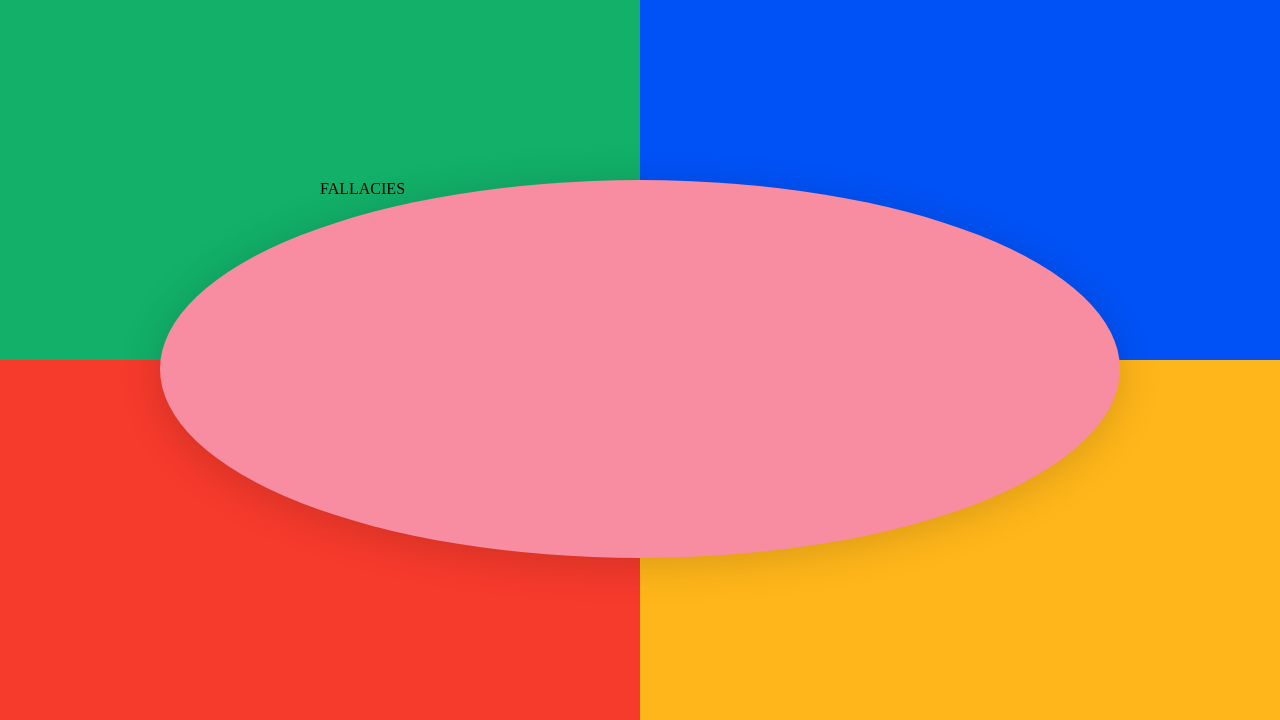
Repository: yafugray/fallacies
Page: project/Midterm project/index.html
These files come from the project's save history. The page is drawn as it stood at one moment and after the next save; the edit follows.
The browser window is 1280 px wide. The pictures show the whole page.

Above is the page before, as saved 2020-03-12 14:51:33.

### project/Midterm project/index.html
<!DOCTYPE html>
<html lang="en">
<head>
    <meta charset="UTF-8">
    <meta name="viewport" content="width=device-width, initial-scale=1.0">
    <title>Fallacies</title>
    <link href="app.css" rel="stylesheet">
</head>
<body>
    <div id="Mainpage">
        <div id="rec1"></div>
        <div id="rec2"></div>
        <div id="rec3"></div>
        <div id="rec4"></div>
        <div id="group1">
            <svg class="ellipse">
                <ellipse fill="rgba(248,140,160,1)" id="Ellipse_8" rx="75%" ry="75%" cx="50%" cy="75%">
                </ellipse>
            </svg>
            <div id="fallacies">
                <span>FALLACIES</span>
            </div>
        </div>
    </div>
</body>
</html>

### project/Midterm project/app.css
* {
    margin: 0;
    padding: 0;
    box-sizing: border-box;
    border: none;
}

#Mainpage {
    position: absolute;
    width: 100vw;
    height: 100vh;
    background-color: azure;
    overflow: hidden;
}
@keyframes fadein {

    0% {
        opacity: 0;
    }
    100% {
        opacity: 1;
    }

}

#rec1 {
	position: absolute;
	overflow: visible;
	width: 50vw;
	height: 50vh;
	left: 0px;
    top: 0px;
    background-color: rgba(18,176,105,1);
}
#rec4 {
	position: absolute;
	overflow: visible;
	width: 50vw;
	height: 50vh;
	left: 0px;
    bottom: 0px;
    background-color: rgba(246,58,44,1);
}
#rec2 {
	position: absolute;
	overflow: visible;
	width: 50vw;
	height: 50vh;
	right: 0px;
    top: 0px;
    background-color: rgba(0,82,247,1);
}
#rec3 {
	position: absolute;
	overflow: visible;
	width: 50vw;
	height: 50vh;
	right: 0px;
    bottom: 0px;
    background-color: rgba(255,182,26,1);
}

#group1 {
    position: absolute;
	width: 70vw;
	height: 35vh;
    left: 25%;
    right: 25%;
    top: 25%;
    bottom: 25%;
	overflow: visible;
	--web-animation: fadein 0.3s ease-out;
	--web-action-type: page;
	--web-action-target: custom___2.html;
	cursor: pointer;
}

.ellipse {
    filter: drop-shadow(0px 5px 20px rgba(0, 0, 0, 0.161));
	position: absolute;
	overflow: visible;
	width: 50vw;
	height: 35vh;
    left: 0px;
    right:0px;
    top: 0px;
    bottom: 0px;
}

After the next save:
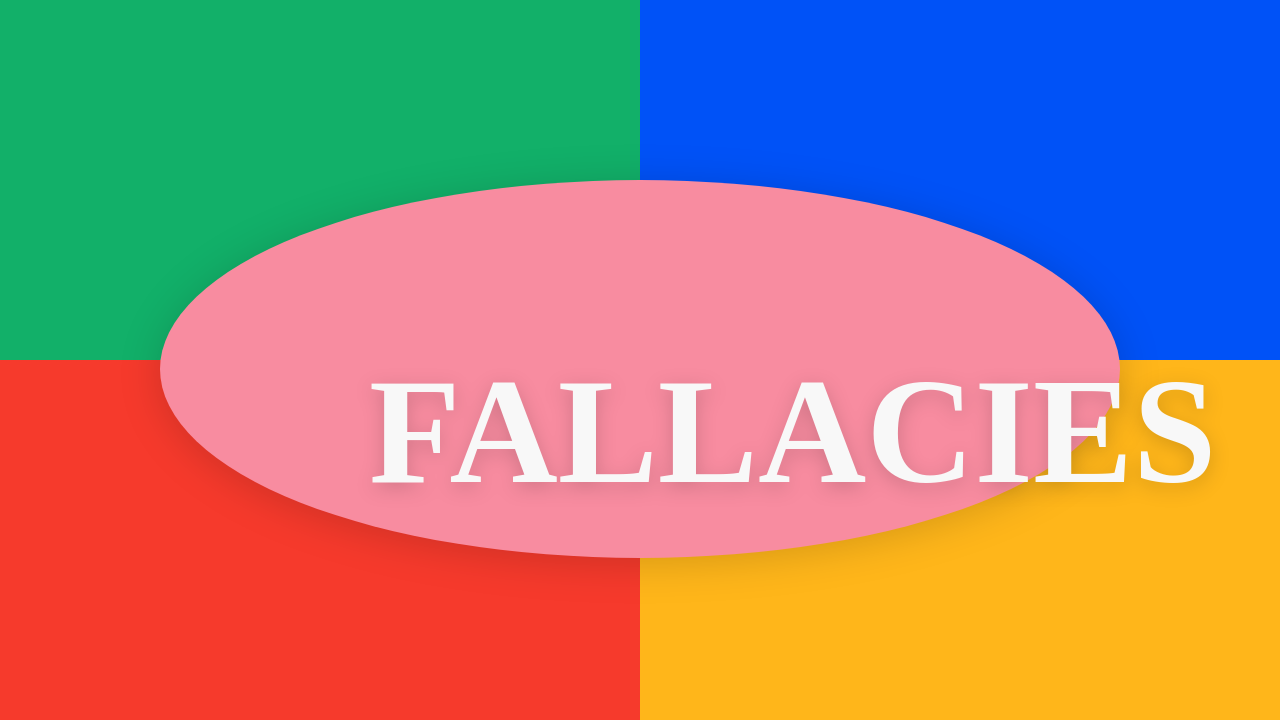
Saved 88 s later.
--- a/project/Midterm project/app.css
+++ b/project/Midterm project/app.css
@@ -86,3 +86,22 @@
     top: 0px;
     bottom: 0px;
 }
+
+#fallacies {
+    font-family: titling-gothic-fb-Narrow, sans-serif;
+    font-style: Black;
+    font-weight: 900;
+    filter: drop-shadow(0px 5px 10px rgba(0, 0, 0, 0.161));
+    position: absolute;
+    left: 49px;
+    top: 165px;
+    overflow: visible;
+    width: 889px;
+    white-space: nowrap;
+    text-align: left;
+    font-family: TitlingGothicFB Narrow;
+    font-style: normal;
+    font-weight: bold;
+    font-size: 150px;
+    color: rgba(248,248,248,1);
+}
